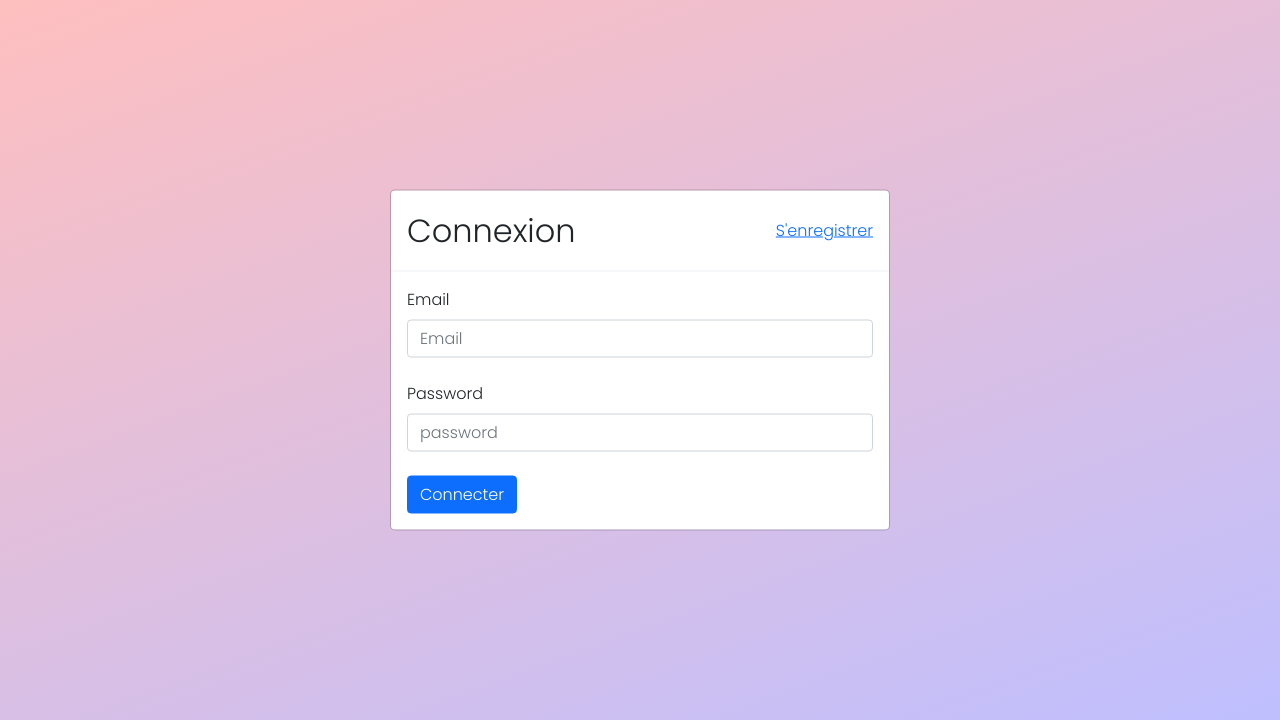
Repository: FS-23/react-task-manager
Page: /
These files come from the project's save history. The page is drawn as it stood at one moment and after the next save; the edit follows.
The browser window is 1280 px wide. The pictures show the whole page.
The project was rebuilt for these pictures with package versions that can differ from the ones it lists, and the page was loaded fresh each time.

Above is the page before, as saved 2022-04-28 14:34:41.

After the next save:
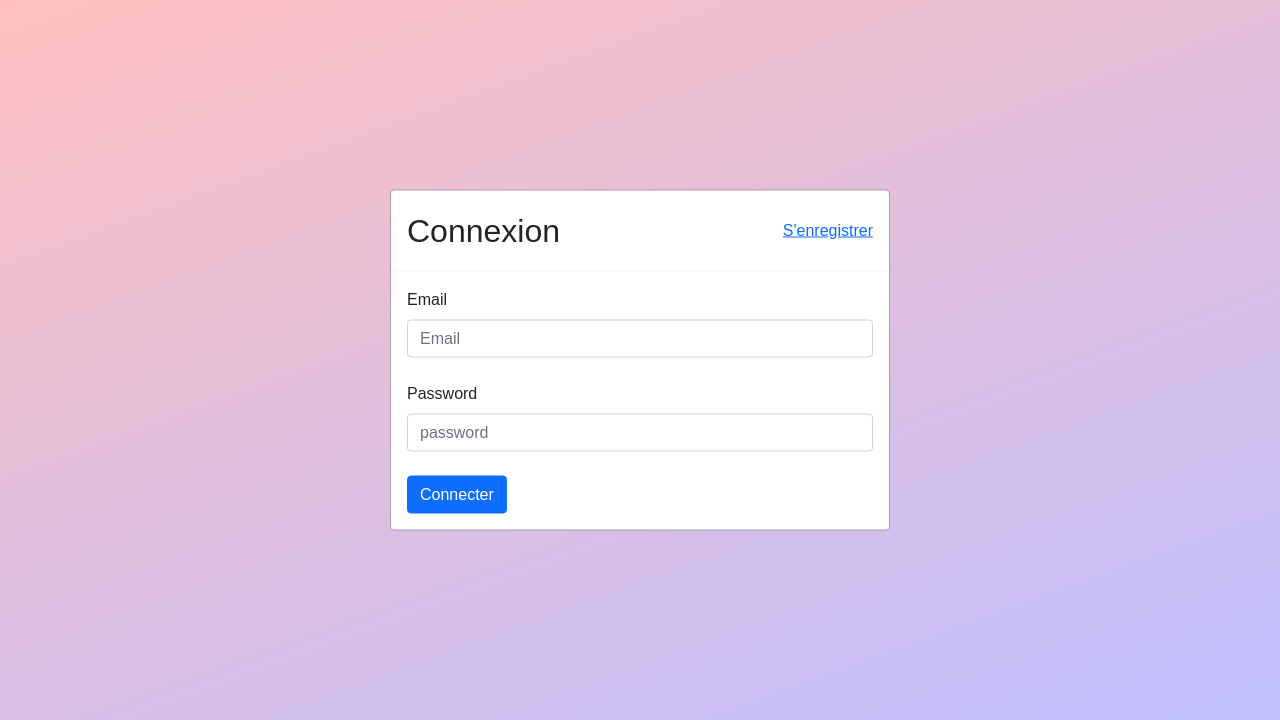
Saved 18 s later.
--- a/src/index.css
+++ b/src/index.css
@@ -13,5 +13,5 @@
 
 
 *{
-   font-family:  "Poppins" , sans-serif;
+   font-family:  "" , sans-serif;
 }

After the save that followed:
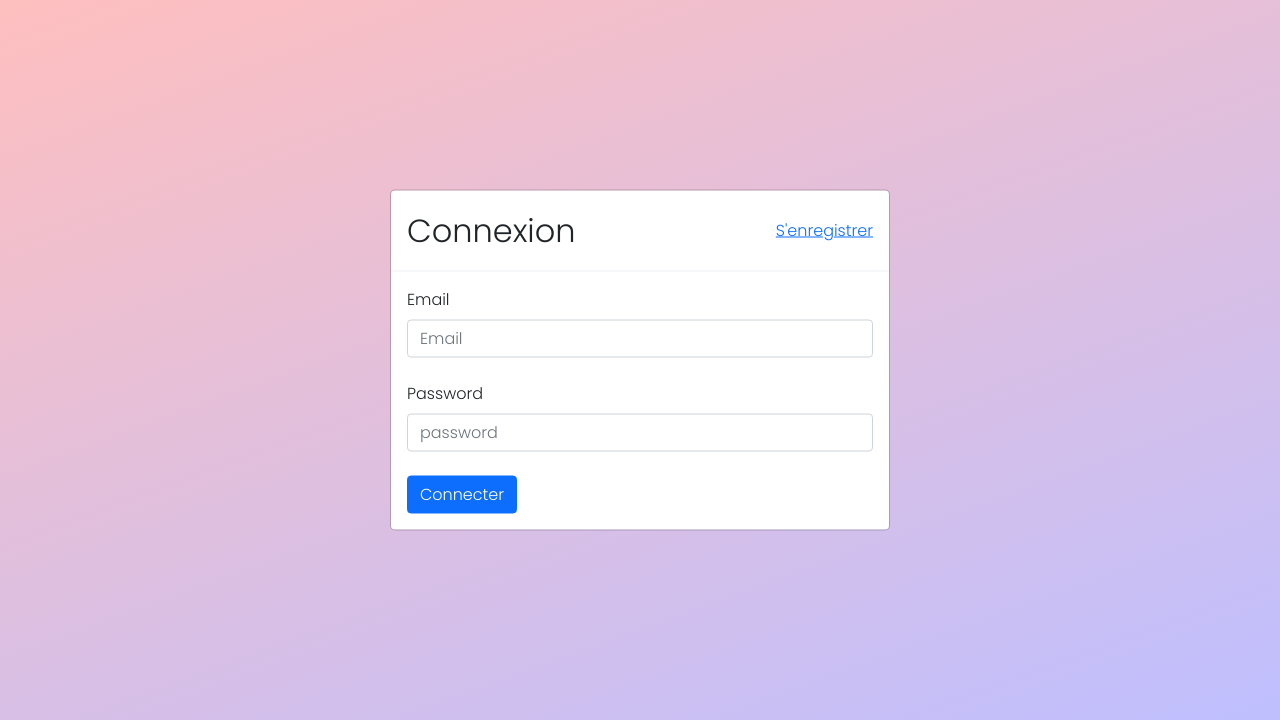
Saved 6 s later.
--- a/src/index.css
+++ b/src/index.css
@@ -13,5 +13,5 @@
 
 
 *{
-   font-family:  "" , sans-serif;
+   font-family:  "Poppins" , sans-serif;
 }
